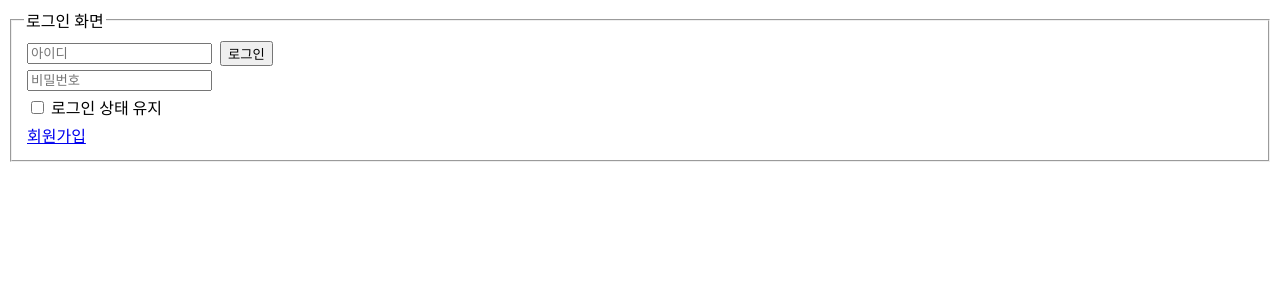
Repository: Scoobi-wisdoom/web
Page: d011/web/index.html
The author's editor kept a copy of each file at every save. The page is drawn from the files as they stood at one save, then again after the next save.
The browser window is 1280 px wide. The pictures show the whole page.

Above is the page before, as saved 2020-08-05 07:59:32.

### d011/web/index.html
<!DOCTYPE html>
<html>
<head>
<meta charset="EUC-KR">
<title>Insert title here</title>
</head>
<body>

<form action="login" method="GET">
	<fieldset>
	<legend>로그인 화면</legend>
	<table>
		<tbody>
			<tr>
				<td colspan="2">
					<input type="text" name="id" size=20 placeholder="아이디">
				</td>
				<td>
					<input type="submit" value="로그인">
				</td>
			</tr>
			<tr>
				<td>
					<input type="text" name="pwd" size= 20 placeholder="비밀번호">
				</td>
			</tr>
			<tr>
				<td>
					<input type="checkbox" name="c1"> 로그인 상태 유지
				</td>
			</tr>
			<tr>
				<td>
					<a href="/register">회원가입</a>
				</td>
				<td>
				</td>
			</tr>
		</tbody>

	</table>
	</fieldset>
</form>

</body>
</html>

After the next save:
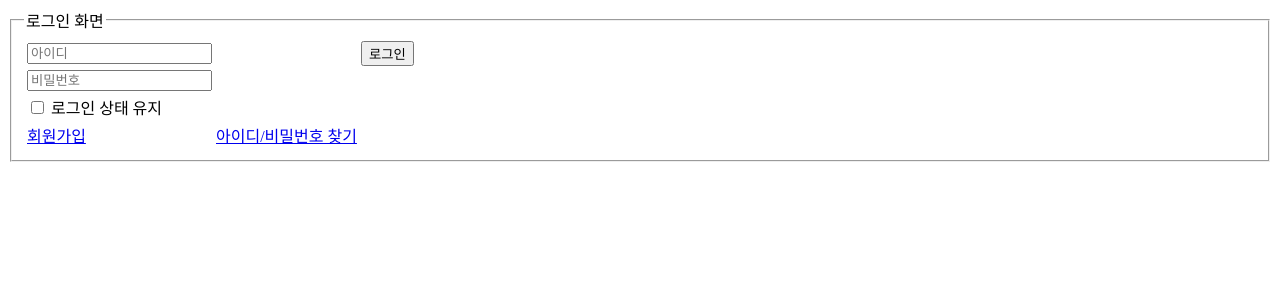
Saved 33 s later.
--- a/d011/web/index.html
+++ b/d011/web/index.html
@@ -34,6 +34,7 @@
 					<a href="/register">회원가입</a>
 				</td>
 				<td>
+					<a href="#">아이디/비밀번호 찾기</a>
 				</td>
 			</tr>
 		</tbody>
